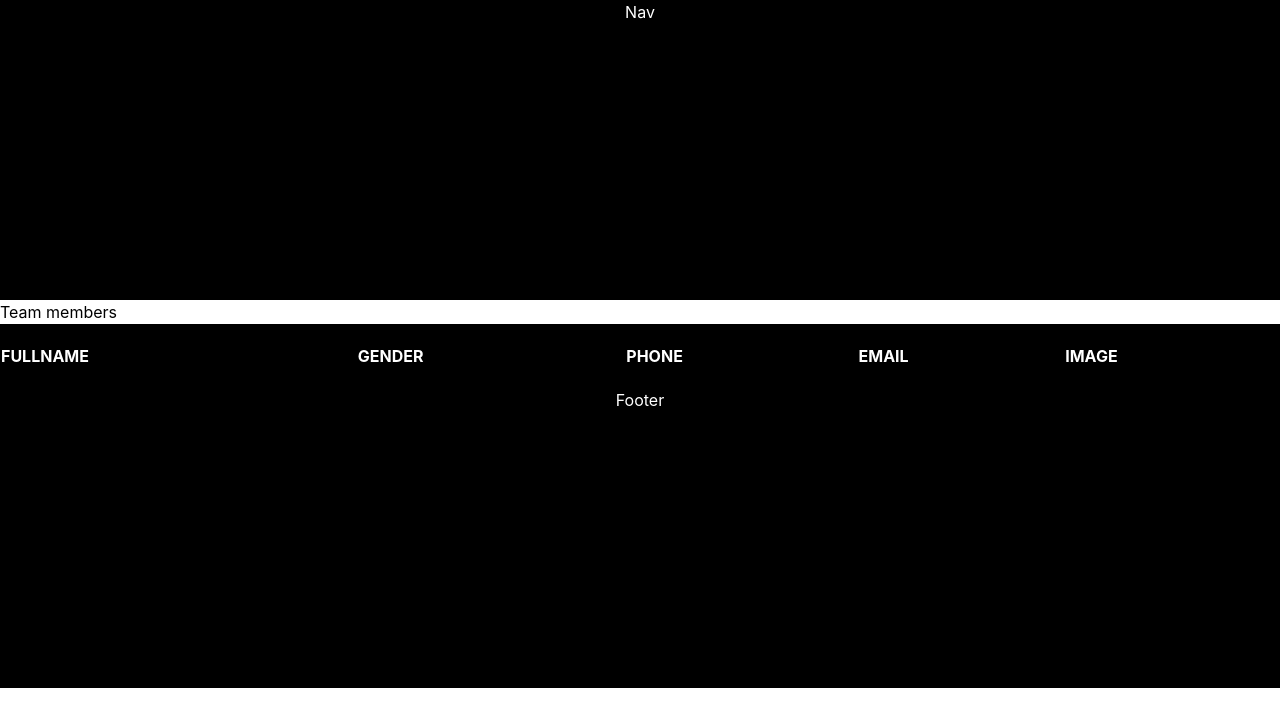
Repository: Eugene44-hub/SHRGroup46-capstone
Page: /members
The author's editor kept a copy of each file at every save. The page is drawn from the files as they stood at one save, then again after the next save.
The browser window is 1280 px wide. The pictures show the whole page.
The page's requests for data from a server got no answer. The project was rebuilt for these pictures with package versions that can differ from the ones it lists, and the page was loaded fresh each time. No one was signed in, and anything a server would have sent is missing.

Above is the page before, as saved 2022-05-17 13:17:45.

### src/index.css
    @tailwind base;
    @tailwind components;
    @tailwind utilities;
    body {
        margin: 0;
        font-family: -apple-system, BlinkMacSystemFont, 'Segoe UI', 'Roboto', 'Oxygen', 'Ubuntu', 'Cantarell', 'Fira Sans', 'Droid Sans', 'Helvetica Neue', sans-serif;
        -webkit-font-smoothing: antialiased;
        -moz-osx-font-smoothing: grayscale;
    }

    code {
        font-family: source-code-pro, Menlo, Monaco, Consolas, 'Courier New', monospace;
    }

    .container {
        max-width: 1440px;
        margin: 0 auto;
    }

### src/App.js
import { lazy, Suspense, useEffect, useState } from "react";
import { Route, Routes,BrowserRouter as Router } from "react-router-dom";

//read through comments on each component and pages to understand properly

// only tailwind and css modules are used in this project, any additional libraries should be told to the lead before installation

//Note: you can use normal import statement on the pages. Lazy load is for only Routing pages

// API's too have been fetched in utility folder you can import and use with the syntax below

import { fetchAllData,fetchCompanyQuantity,fetchPersonQuantity,fetchProductQuantity } from "./utilities/apis";
// fetchAllData(input endpoint here to fetch all data).then(data =>console.log(data) )
// fetchPersonQuantity(input quantity here to fetch an amount of data).then(data =>console.log(data) )
// fetchProductQuantity(input quantity here to fetch an amount of data).then(data =>console.log(data) )
// fetchCompanyQuantity(input quantity here to fetch an amount of data).then(data =>console.log(data) )

// endpoints are as follows:
// https://fakerapi.it/api/v1/products?_quantity=1
// https://fakerapi.it/api/v1/companies?_quantity=1
// https://fakerapi.it/api/v1/persons?_quantity=10
// https://fakerapi.it/api/v1/products
// https://fakerapi.it/api/v1/companies
// https://fakerapi.it/api/v1/persons

// check utilities folder for more details on the api functions

// happy coding


const Nav=lazy(()=>import('./components/nav/Nav'));
const Home=lazy(()=>import('./pages/home/Home'));
const Dashboard=lazy(()=>import('./pages/dashboard/Dashboard'))
const Members=lazy(()=>import('./pages/members/Members'))
const Product=lazy(()=>import('./pages/product/Product'))
const Login=lazy(()=>import('./pages/login/Login'))
const Footer=lazy(()=>import('./components/footer/Footer'))



function App() {
  const [members,setMembers]=useState(null)

  useEffect(() => {
    fetchAllData("https://fakerapi.it/api/v1/persons").then(data =>setMembers(data))
  }, [])

  return (
    <div className="App">

<Suspense fallback={<h1>Loading...</h1>}>
  <Nav/>
  <Router>
<Routes>
<Route path="/" element={<Home/>} />
<Route path="/product" element={<Product/>} />
<Route path="/dashboard" element={<Dashboard/>} />
<Route path="/login" element={<Login/>} />
<Route path="/members" element={<Members members={members}/>} />
</Routes>
</Router>
<Footer/>
</Suspense>
    </div>
  );
}

export default App;

### src/utilities/apis.js
//this function takes in the url as an argument in string format

export const fetchAllData = async(url) => {
    const response = await fetch(url);
    const data = await response.json();
    return data;
}

//

// this part take in the quantity as an argument in integer format
export const fetchPersonQuantity = async(quantity) => {
    const response = await fetch(`https://fakerapi.it/api/v1/persons?_quantity=${quantity}`);
    const data = await response.json();
    return data;
}

export const fetchCompanyQuantity = async(quantity) => {

    const response = await fetch(`https://fakerapi.it/api/v1/companies?_quantity=${quantity}`);
    const data = await response.json();
    return data;
}

export const fetchProductQuantity = async(quantity) => {
    const response = await fetch(`https://fakerapi.it/api/v1/products?_quantity=${quantity}`);
    const data = await response.json();
    return data;
}



// https://fakerapi.it/api/v1/products?_quantity=1
// https://fakerapi.it/api/v1/companies?_quantity=1
// https://fakerapi.it/api/v1/persons?_quantity=10

### src/components/nav/Nav.jsx
import React from 'react'
import styles from './Nav.module.css'
const Nav = () => {
  return (
    <nav className={`${styles.nav}`}>
<div>Nav</div>
    </nav>
  )
}

export default Nav

### src/pages/members/Members.jsx
import React from 'react'
//components should be imported from here if needed
// make use of your normal import statement here to import components
// make use of the css module folder or tailwind or you can use inline styles
// check the sample on nav and footer for css modules


const Members = ({members}) => {

console.log(members);
  return (
    <section>
    <div className='container'>
    <header>
      Team members
    </header>
<table className='w-full bg-black text-white'>

    <tr>
      <th className='text-left py-5 uppercase'>fullname</th>
      <th className='text-left py-5 uppercase'>gender</th>
      <th className='text-left py-5 uppercase'>phone</th>
      <th className='text-left py-5 uppercase'>email</th>
      <th className='text-left py-5 uppercase'>image</th>
    </tr>



  {members&&members.data.map((member,index) => (
      <tr>
      <td className='py-5'>
      {member.firstname} {member.lastname}
      </td>
      <td className='py-5 capitalize'>
      {member.gender}
      </td>
      <td className='py-5'>
      {member.phone}
      </td>
      <td className='py-5'>
      {member.email}
      </td>
      <td className='py-5'>
      <img src={member.image} className="w-[50px] h-[50px] rounded-full" alt="" />
      </td>
      </tr>
      ))}


</table>

    </div>

    </section>
  )
}

export default Members

### src/components/footer/Footer.jsx
import React from 'react'
import styles from "./Footer.module.css"
const Footer = () => {
  return (
    <footer className={styles.footer}>Footer</footer>
  )
}

export default Footer

### src/components/nav/Nav.module.css
nav {
    height: 300px;
    background-color: black;
    color: white;
    text-align: center;
}

### src/components/footer/Footer.module.css
footer {
    height: 300px;
    background-color: black;
    color: white;
    text-align: center;
}

Loaded but not shown: public/index.html (common file); src/index.js (common file); tailwind.config.js (common file)

After the next save:
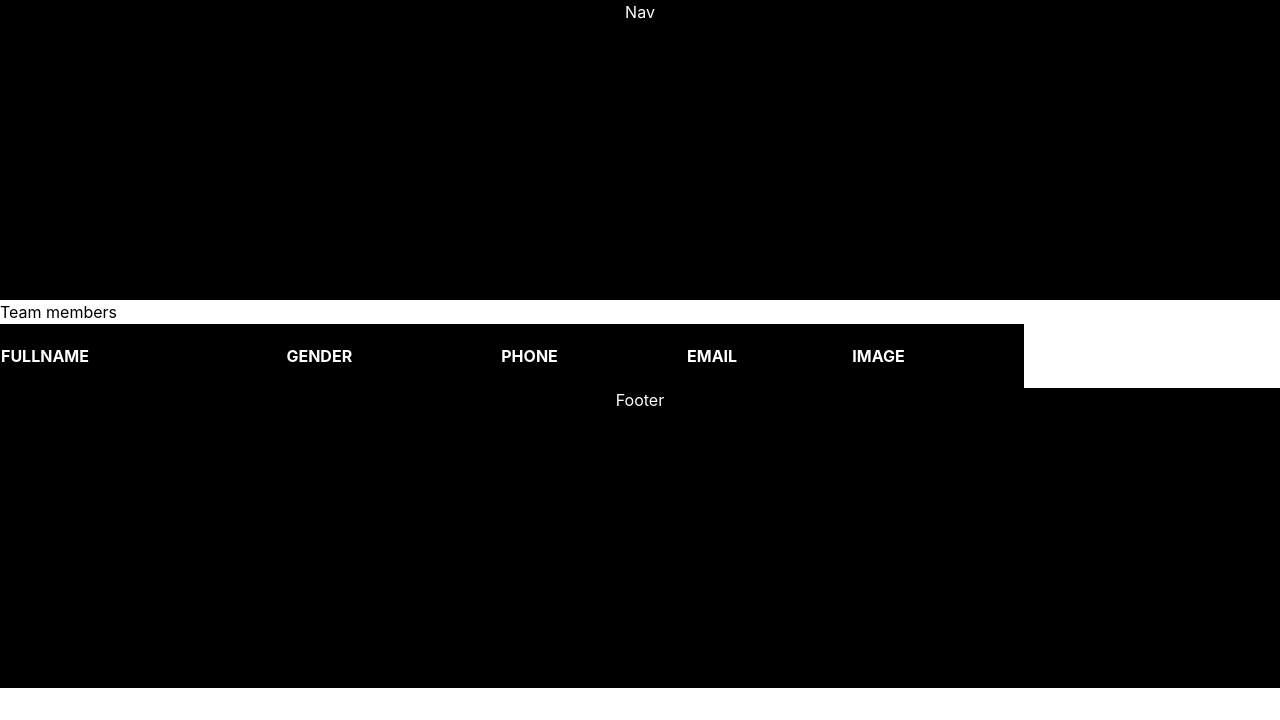
Saved 114 s later.
--- a/src/pages/members/Members.jsx
+++ b/src/pages/members/Members.jsx
@@ -14,7 +14,7 @@ console.log(members);
     <header>
       Team members
     </header>
-<table className='w-full bg-black text-white'>
+<table className='w-[80%] bg-black text-white'>
 
     <tr>
       <th className='text-left py-5 uppercase'>fullname</th>
